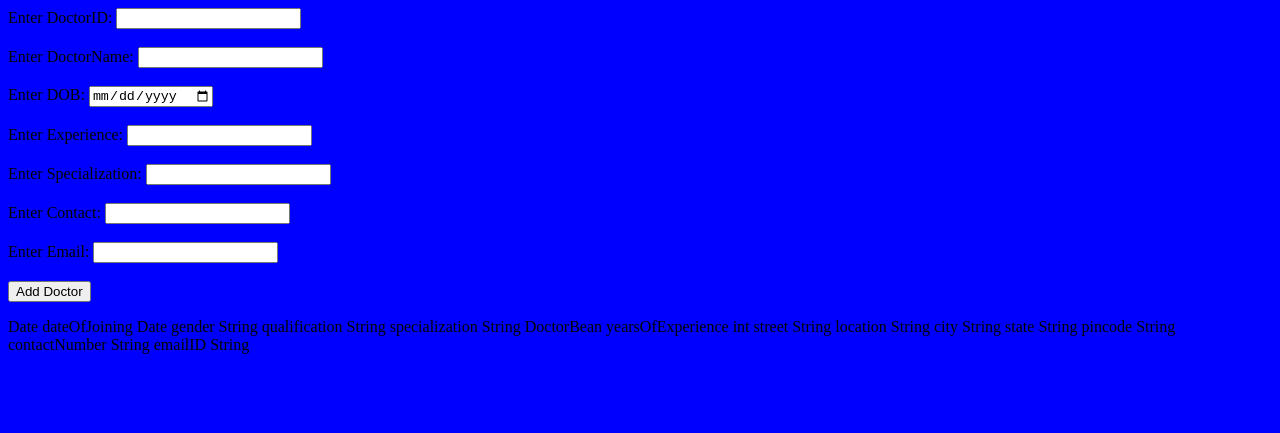
Repository: Pravinkumar-Raja/SpringProjects
Page: http://localhost/Spring-Web/WEB-INF/views/AddDoctor.jsp
An editor plug-in stored every save of this project. The page is shown before and after the next save, followed by the edit.
The browser window is 1280 px wide. The pictures show the whole page.
The page is served by Tomcat 9. Nobody is signed in. Other server files are loaded and not shown. The template is opened directly, without the code that normally fills it, so the values that code supplies are empty.

Above is the page before, as saved 2025-11-24 08:09:22.

### Spring-Web/src/main/webapp/WEB-INF/views/AddDoctor.jsp
<html>
	<body bgcolor="blue">
		<form action="./addDoctor" method="post">
			Enter DoctorID: <input type="text" name="doctorID"/><br><br>
			Enter DoctorName: <input type="text" name="doctorName"/><br><br>
			Enter DOB: <input type="date" name="dateOfBirth"/><br><br>
			Enter Experience: <input type="number" name="experience"/><br><br>
			Enter Specialization: <input type="text" name="specialization"/><br><br>
			Enter Contact: <input type="number" name="contact"/><br><br>
			Enter Email: <input type="email" name="email"/><br><br>
			<button type="submit">Add Doctor</button>
		</form>
	</body>
</html>


  Date

 dateOfJoining Date

 gender String

 qualification String

 specialization String

DoctorBean yearsOfExperience int

street String


 location String

 city String

 state String

 pincode String

 contactNumber String

 emailID String

After the next save:
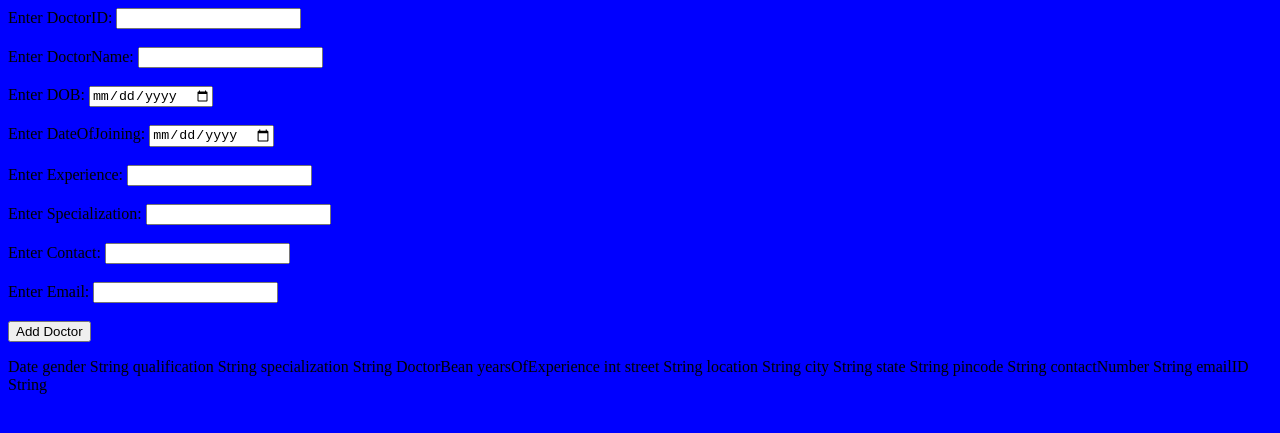
Saved 54 s later.
--- a/Spring-Web/src/main/webapp/WEB-INF/views/AddDoctor.jsp
+++ b/Spring-Web/src/main/webapp/WEB-INF/views/AddDoctor.jsp
@@ -4,6 +4,7 @@
 			Enter DoctorID: <input type="text" name="doctorID"/><br><br>
 			Enter DoctorName: <input type="text" name="doctorName"/><br><br>
 			Enter DOB: <input type="date" name="dateOfBirth"/><br><br>
+			Enter DateOfJoining: <input type="date" name="dateOfJoining"/><br><br>
 			Enter Experience: <input type="number" name="experience"/><br><br>
 			Enter Specialization: <input type="text" name="specialization"/><br><br>
 			Enter Contact: <input type="number" name="contact"/><br><br>
@@ -14,9 +15,8 @@
 </html>
 
 
-  Date
 
- dateOfJoining Date
+ Date
 
  gender String
 
